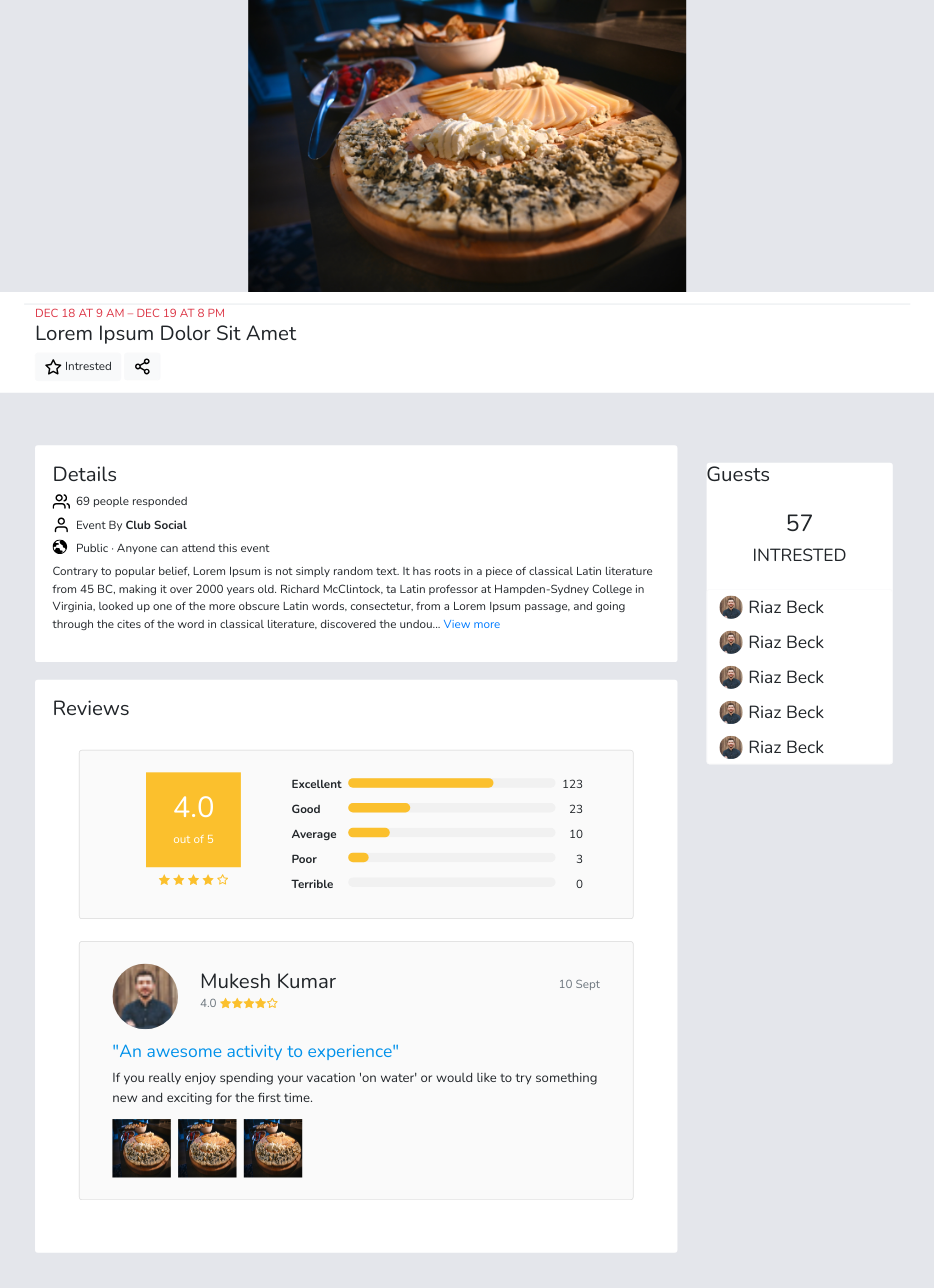
Repository: iamrachid/ensaevents
Page: event.html
An editor plug-in stored every save of this project. The page is shown before and after the next save, followed by the edit.
The browser window is 1280 px wide. The pictures show the whole page, at 73% of full size.

Above is the page before, as saved 2021-11-25 18:06:24.

### event.html
<html>

<head>
    <meta charset="UTF-8">
    <meta http-equiv="X-UA-Compatible" content="IE=edge">
    <meta name="viewport" content="width=device-width, initial-scale=1.0">
    <title>Document</title>
    <link rel="stylesheet" href="css/bootstrap.css">
    <link rel="stylesheet" href="css/style.css">
    <!-- Link Swiper's CSS -->
    <link rel="stylesheet" href="https://unpkg.com/swiper/swiper-bundle.min.css" />

    <link rel="preconnect" href="https://fonts.googleapis.com">
    <link rel="preconnect" href="https://fonts.gstatic.com" crossorigin>
    <link
        href="https://fonts.googleapis.com/css2?family=Nunito:ital,wght@0,200;0,300;0,400;0,600;0,700;0,800;0,900;1,200;1,300;1,400;1,600;1,700;1,800;1,900&display=swap"
        rel="stylesheet">
</head>

<body class="w-100">

    <div class="text-center bg-main d-flex justify-content-center">
        <img src="assets/img/card-1.jpg" class="cover-img">
    </div>
    <div class="py-3 px-md-5 px-3">
        <div class="row border-top">
            <div class="col-md-10 col-md-12">
                <span class="text-uppercase text-danger">DEC 18 AT 9 AM – DEC 19 AT 8 PM</span>
                <h3>Lorem Ipsum Dolor Sit Amet</h3>
            </div>
            <div class="col-md-2 col-sm-12">
                <button class="btn btn-light ">
                    <svg class="btn-icon">
                        <use xlink:href="assets/img/icons.svg#icon-star"></use>
                    </svg>
                    Intrested</button>
                <button class="btn btn-light">
                    <svg class="btn-icon">
                        <use xlink:href="assets/img/icons.svg#icon-share-2"></use>
                    </svg>
                </button>
            </div>
        </div>
    </div>

    <div class="p-md-5 p-0 bg-main">
        <div class="row">
            <div class="col-md-8 col-lg-9 pr-3 col-12">
                <div class="bg-white mt-4 p-4 rounded">
                    <h3>Details</h3>
                    <div class="d-flex">
                        <svg class="detail-icon mr-2 mb-2">
                            <use xlink:href="assets/img/icons.svg#icon-users"></use>
                        </svg>
                        <span>69 people responded</span>
                    </div>
                    <div class="d-flex">
                        <svg class="detail-icon mr-2  mb-2">
                            <use xlink:href="assets/img/icons.svg#icon-user"></use>
                        </svg>
                        <span>Event By <strong>Club Social</strong></span>
                    </div>
                    <div class="d-flex">
                        <svg class="detail-icon mr-2 mb-2">
                            <use xlink:href="assets/img/icons.svg#icon-public"></use>
                        </svg>
                        <span>Public · Anyone can attend this event</span>
                    </div>
                    <p>
                        <span>
                            Contrary to popular belief, Lorem Ipsum is not simply random text. It has roots in a piece
                            of
                            classical
                            Latin literature from 45 BC, making it over 2000 years old. Richard McClintock, ta Latin
                            professor
                            at
                            Hampden-Sydney College in Virginia, looked up one of the more obscure Latin words,
                            consectetur,
                            from
                            a
                            Lorem Ipsum passage, and going through the cites of the word in classical literature,
                            discovered
                            the
                            undou</span><span class="collapse  multi-collapse show fast" id="dots">...</span>
                        <span class="collapse  multi-collapse fast" id="more-text">btable source. Lorem Ipsum comes from
                            sections
                            1.10.32 and 1.10.33 of "de Finibus Bonorum et
                            Malorum" (The Extremes of Good and Evil) by Cicero, written in 45 BC. This book is a
                            treatise on
                            the
                            theory of ethics, very popular during the Renaissance. The first line of Lorem Ipsum, "Lorem
                            ipsum
                            dolor
                            sit amet..", comes from a line in section 1.10.32.
                        </span>

                        <a class="collapse  multi-collapse fast" type="button" id="less" data-toggle="collapse"
                            data-target=".multi-collapse" aria-expanded="false"
                            aria-controls="dots more less more-text">View less</a>
                        <a class="collapse show  multi-collapse fast" type="button" id="more" data-toggle="collapse"
                            data-target=".multi-collapse" aria-expanded="false"
                            aria-controls="dots more less more-text">View more</a>
                    </p>
                </div>
                <div class="bg-white mt-4 p-4 rounded">
                    <h3>Reviews</h3>


                    <div class="row justify-content-center">
                        <div class=" col-11 text-center mb-5">
                            <div class="card review-card">
                                <div class="row justify-content-start d-flex">
                                    <div class="col-md-4 d-flex flex-column">
                                        <div class="rating-box">
                                            <h1 class="pt-4">4.0</h1>
                                            <p class="">out of 5</p>
                                        </div>
                                        <div class="mt-1">
                                            <svg class="rating-icon">
                                                <use xlink:href="assets/img/icons.svg#icon-star-full"></use>
                                            </svg>
                                            <svg class="rating-icon">
                                                <use xlink:href="assets/img/icons.svg#icon-star-full"></use>
                                            </svg>
                                            <svg class="rating-icon">
                                                <use xlink:href="assets/img/icons.svg#icon-star-full"></use>
                                            </svg>
                                            <svg class="rating-icon">
                                                <use xlink:href="assets/img/icons.svg#icon-star-full"></use>
                                            </svg>
                                            <svg class="rating-icon">
                                                <use xlink:href="assets/img/icons.svg#icon-star"></use>
                                            </svg>
                                        </div>
                                    </div>
                                    <div class="col-md-8">
                                        <div class="rating-bar0 justify-content-center">
                                            <table class="text-left mx-auto">
                                                <tr>
                                                    <td class="rating-label">Excellent</td>
                                                    <td class="rating-bar">
                                                        <div class="bar-container">
                                                            <div class="bar-5"></div>
                                                        </div>
                                                    </td>
                                                    <td class="text-right">123</td>
                                                </tr>
                                                <tr>
                                                    <td class="rating-label">Good</td>
                                                    <td class="rating-bar">
                                                        <div class="bar-container">
                                                            <div class="bar-4"></div>
                                                        </div>
                                                    </td>
                                                    <td class="text-right">23</td>
                                                </tr>
                                                <tr>
                                                    <td class="rating-label">Average</td>
                                                    <td class="rating-bar">
                                                        <div class="bar-container">
                                                            <div class="bar-3"></div>
                                                        </div>
                                                    </td>
                                                    <td class="text-right">10</td>
                                                </tr>
                                                <tr>
                                                    <td class="rating-label">Poor</td>
                                                    <td class="rating-bar">
                                                        <div class="bar-container">
                                                            <div class="bar-2"></div>
                                                        </div>
                                                    </td>
                                                    <td class="text-right">3</td>
                                                </tr>
                                                <tr>
                                                    <td class="rating-label">Terrible</td>
                                                    <td class="rating-bar">
                                                        <div class="bar-container">
                                                            <div class="bar-1"></div>
                                                        </div>
                                                    </td>
                                                    <td class="text-right">0</td>
                                                </tr>
                                            </table>
                                        </div>
                                    </div>
                                </div>
                            </div>
                            <div class="card review-card">
                                <div class="row d-flex">
                                    <div class=""> <img class="profile-pic" src="assets/img/user.png"> </div>
                                    <div class="d-flex flex-column">
                                        <h3 class="mt-2 mb-0">Mukesh Kumar</h3>
                                        <div>
                                            <p class="text-left d-flex align-items-center"><span
                                                    class="text-muted mr-1">4.0</span>
                                                <svg class="rating-icon">
                                                    <use xlink:href="assets/img/icons.svg#icon-star-full"></use>
                                                </svg>
                                                <svg class="rating-icon">
                                                    <use xlink:href="assets/img/icons.svg#icon-star-full"></use>
                                                </svg>
                                                <svg class="rating-icon">
                                                    <use xlink:href="assets/img/icons.svg#icon-star-full"></use>
                                                </svg>
                                                <svg class="rating-icon">
                                                    <use xlink:href="assets/img/icons.svg#icon-star-full"></use>
                                                </svg>
                                                <svg class="rating-icon">
                                                    <use xlink:href="assets/img/icons.svg#icon-star"></use>
                                                </svg>
                                            </p>
                                        </div>
                                    </div>
                                    <div class="ml-auto">
                                        <p class="text-muted pt-5 pt-sm-3">10 Sept</p>
                                    </div>
                                </div>
                                <div class="row text-left">
                                    <h4 class="blue-text mt-3">"An awesome activity to experience"</h4>
                                    <p class="content">If you really enjoy spending your vacation 'on water' or would
                                        like
                                        to try something new and exciting for the first time.</p>
                                </div>
                                <div class="row text-left"> <img class="pic" src="assets/img/card-1.jpg"> <img
                                        class="pic" src="assets/img/card-1.jpg"> <img class="pic"
                                        src="assets/img/card-1.jpg"> </div>
                            </div>
                        </div>
                    </div>




                </div>
            </div>
            <div class="p-4 col-md-4 col-lg-3  col-sm-12 ">
                <div class="bg-white mt-4 rounded">
                    <h3>Guests</h3>
                    <div class="d-flex p-4 justify-content-center py-4">
                        <div class="d-flex flex-column align-items-center">
                            <h2 cla>57</h2>
                            <h4 class="text-uppercase">Intrested</h4>
                        </div>

                    </div>
                    <div class="overflow-auto border-light border rounded users px-2">
                        <div class="user d-flex align-items-center">
                            <img class="user-img m-2" src="assets/img/user.png" />
                            <span class="user-name">Riaz Beck</span>
                        </div>
                        <div class="user d-flex align-items-center">
                            <img class="user-img m-2" src="assets/img/user.png" />
                            <span class="user-name">Riaz Beck</span>
                        </div>
                        <div class="user d-flex align-items-center">
                            <img class="user-img m-2" src="assets/img/user.png" />
                            <span class="user-name">Riaz Beck</span>
                        </div>
                        <div class="user d-flex align-items-center">
                            <img class="user-img m-2" src="assets/img/user.png" />
                            <span class="user-name">Riaz Beck</span>
                        </div>
                        <div class="user d-flex align-items-center">
                            <img class="user-img m-2" src="assets/img/user.png" />
                            <span class="user-name">Riaz Beck</span>
                        </div>
                        <div class="user d-flex align-items-center">
                            <img class="user-img m-2" src="assets/img/user.png" />
                            <span class="user-name">Riaz Beck</span>
                        </div>
                        <div class="user d-flex align-items-center">
                            <img class="user-img m-2" src="assets/img/user.png" />
                            <span class="user-name">Riaz Beck</span>
                        </div>
                        <div class="user d-flex align-items-center">
                            <img class="user-img m-2" src="assets/img/user.png" />
                            <span class="user-name">Riaz Beck</span>
                        </div>
                        <div class="user d-flex align-items-center">
                            <img class="user-img m-2" src="assets/img/user.png" />
                            <span class="user-name">Riaz Beck</span>
                        </div>
                        <div class="user d-flex align-items-center">
                            <img class="user-img m-2" src="assets/img/user.png" />
                            <span class="user-name">Riaz Beck</span>
                        </div>
                    </div>
                </div>
            </div>
        </div>
        <script src="js/jquery-3.6.0.js">
        </script>
        <!-- Bootstrap -->
        <script src="js/bootstrap.js"></script>
        <!-- Swiper JS -->
        <script src="js/swiper-bundle.min.js"></script>

        <!-- Main script -->
        <script src="js/script.js"></script>

</body>

</html>

### css/style.css
@font-face {
    font-family: Forever;
    src: url(../font/Foreverbrushscript-GwZy.otf);
  }

html, body{
    font-family: "Nunito";
    font-weight: 400;
    width: 100%;
}
.hero {
    background: linear-gradient(45deg, rgba(173,225,255,1) 0%, rgba(186,175,255,1) 40%, rgba(175,255,182,1) 74%, rgba(175,255,182,1) 100%);
}
.btn-header {
    font-size: 1rem;
}

.heading-title {
    font-size: 5rem;
    font-weight: 800;
}
@media only screen and (max-width: 768px) {
    .heading-title {
        font-size: 4rem;
    }

    .padding-smallSize {
        padding: .5rem;
    }
}

.heading-title_white {
    color: #fafafa;
}
.heading-subtitle {
    color: #fafafa;
    letter-spacing: .2cm;
}
.search-bar {
    padding: .51rem 0.5rem;
    background-color: white;
    left: 50%;
    transform: translate(-50%,-50%);
    border-radius: 30px;
}

.search-btn {
    background-color: #b2d0ff;
    color: #fafafa;
    font-weight: 600;
}

.card-img-box {
    height: 12rem;
    overflow: hidden;
    display: flex;
    justify-content: center;
    align-items: center;
}

.forever {
    font-family: Forever;
    font-size:2rem
}

.bg-color-blue {
    background-color:#b2d0ff;
}

.gradient {
    background:linear-gradient(to right,rgba(149, 133, 255,1) 0%, rgba(186,175,255,1)  100%);
}

.menu-icon {
    width: 1.2rem;
    height: 1.2rem;
    fill: #fff;
}

.menu-active {
    border-left: 5px solid #fff;
}

.side-nav-link, .side-nav-link:hover {
    color: #fff;
}

.side-nav-item.active:hover {
    padding-right:5px;
}

.side-nav-item {
    transition: all  0.3s;
}

.side-nav-item:hover, .side-nav-item.active {
    border-left: 5px solid #fff;
    transition: all 0.3s;
}

.btn-purple {
    color: #fff;
    background-color: rgba(149, 133, 255,1);
    border-color: rgba(149, 133, 255,1);
}

.btn-purple:hover {
    color: #fff;
    background-color: rgba(186,175,255,1);
    border-color: rgba(186,175,255,1);
}

.detail-icon {
    height: 1.5rem;
    width: 1.5rem;
}

.users {
    height: 15rem;
}

.user-name {
    font-size:1.5rem;
}

.user-img {
    height: 2rem;
    width: 2rem;
    border-radius:50%;
}

.btn-icon {
    height: 1.5rem;
    width: 1.5rem;
}

.fast {
    transition: all 0s;
}

.bg-main {
    background-color: #e4e6eb !important;
}

.cover-img {
    width: 100%;
    max-width: 600px;
}

/* Reviews */

.rating-icon {
    fill: #FBC02D;
    height: 1rem;
    width: 1rem;
}

.review-card {
    border-radius: 5px;
    background-color: #fff;
    background-color: #fafafa;
    padding-left: 60px;
    padding-right: 60px;
    margin-top: 30px;
    padding-top: 30px;
    padding-bottom: 30px
}

.rating-box {
    width: 130px;
    height: 130px;
    margin-right: auto;
    margin-left: auto;
    background-color: #FBC02D;
    color: #fff
}

.rating-label {
    font-weight: bold
}

.rating-bar {
    width: 300px;
    padding: 8px;
    border-radius: 5px
}

.bar-container {
    width: 100%;
    background-color: #f1f1f1;
    text-align: center;
    color: white;
    border-radius: 20px;
    cursor: pointer;
    margin-bottom: 5px
}

.bar-5 {
    width: 70%;
    height: 13px;
    background-color: #FBC02D;
    border-radius: 20px
}

.bar-4 {
    width: 30%;
    height: 13px;
    background-color: #FBC02D;
    border-radius: 20px
}

.bar-3 {
    width: 20%;
    height: 13px;
    background-color: #FBC02D;
    border-radius: 20px
}

.bar-2 {
    width: 10%;
    height: 13px;
    background-color: #FBC02D;
    border-radius: 20px
}

.bar-1 {
    width: 0%;
    height: 13px;
    background-color: #FBC02D;
    border-radius: 20px
}


.star-active {
    color: #FBC02D;
    margin-top: 10px;
    margin-bottom: 10px
}

.star-active:hover {
    color: #F9A825;
    cursor: pointer
}

.star-inactive {
    color: #CFD8DC;
    margin-top: 10px;
    margin-bottom: 10px
}

.blue-text {
    color: #0091EA
}

.content {
    font-size: 18px
}

.profile-pic {
    width: 90px;
    height: 90px;
    border-radius: 100%;
    margin-right: 30px
}

.pic {
    width: 80px;
    height: 80px;
    margin-right: 10px
}

### js/script.js
var swiper = new Swiper(".events", {
    pagination: {
      el: ".swiper-pagination",
      clickable: true,
    }
    ,
    breakpoints: {
      640: {
        slidesPerView: 1,
        spaceBetween: 20,
      },
      768: {
        slidesPerView: 2,
        spaceBetween: 40,
      },
      1024: {
        slidesPerView: 3,
        spaceBetween: 50,
      },
    },

  })

  var swiper = new Swiper(".clubs", {
    spaceBetween: 10,
    autoplay: {
      delay: 3000,
      // TODO: this should be false
      disableOnInteraction: false,
    },
    pagination: {
      el: ".swiper-pagination",
      clickable: true,
    },
    navigation: {
      nextEl: ".swiper-button-next",
      prevEl: ".swiper-button-prev",
    },
    breakpoints: {
      640: {
        slidesPerView: 2,
        spaceBetween: 20,
      },
      768: {
        slidesPerView: 3,
        spaceBetween: 40,
      },
      1024: {
        slidesPerView: 5,
        spaceBetween: 50,
      },
    }
  });;

Loaded but not shown: css/bootstrap.css (library); js/jquery-3.6.0.js (library); js/bootstrap.js (library); js/swiper-bundle.min.js (library)

After the next save:
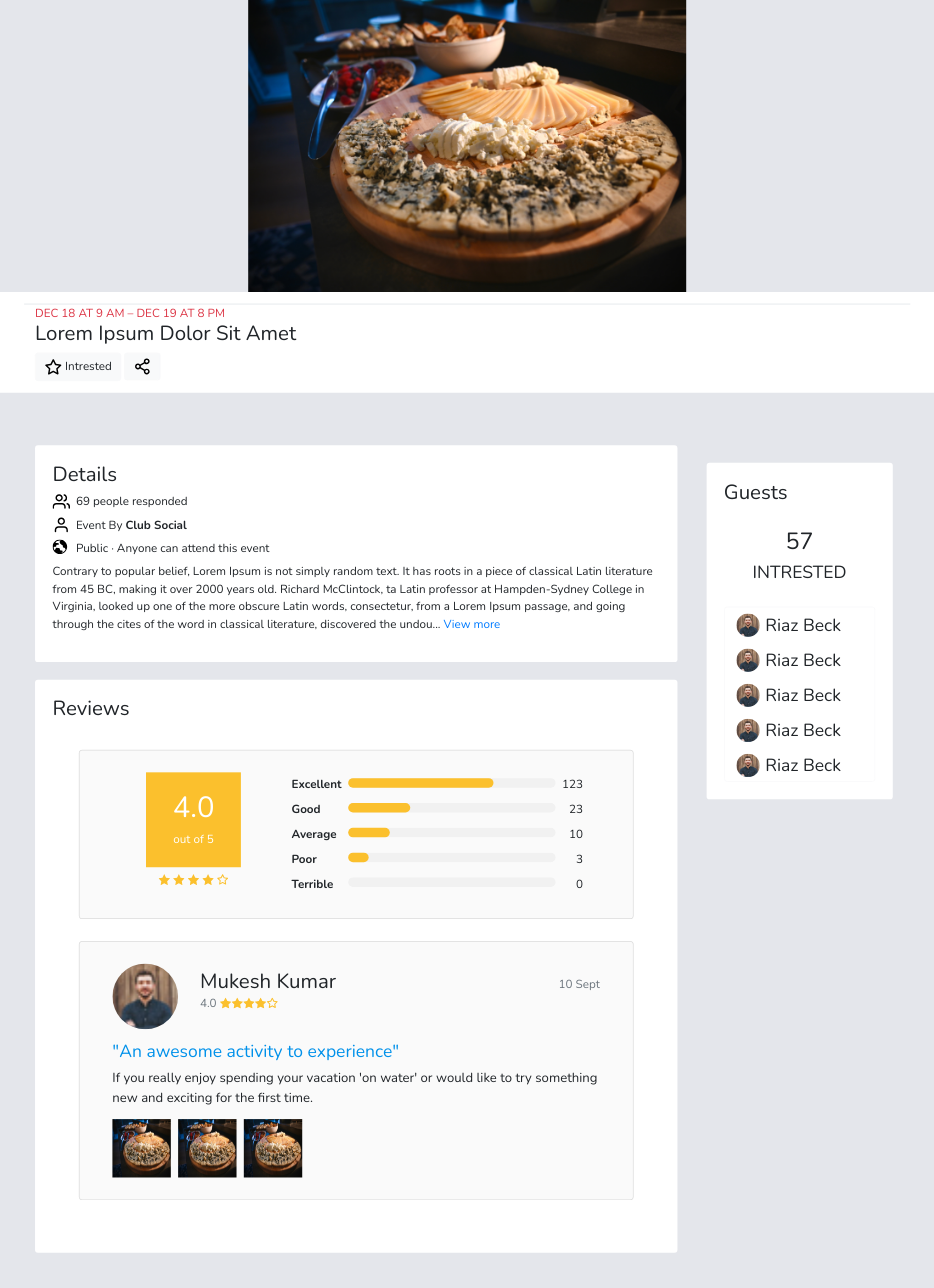
Saved 14 s later.
--- a/event.html
+++ b/event.html
@@ -235,9 +235,9 @@
                 </div>
             </div>
             <div class="p-4 col-md-4 col-lg-3  col-sm-12 ">
-                <div class="bg-white mt-4 rounded">
+                <div class="bg-white p-4 mt-4 rounded">
                     <h3>Guests</h3>
-                    <div class="d-flex p-4 justify-content-center py-4">
+                    <div class="d-flex  justify-content-center py-4">
                         <div class="d-flex flex-column align-items-center">
                             <h2 cla>57</h2>
                             <h4 class="text-uppercase">Intrested</h4>
